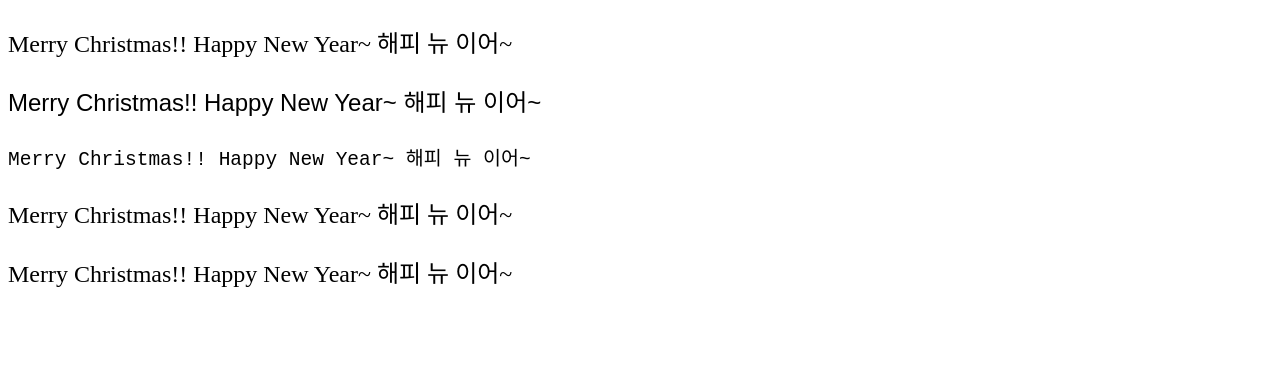
Repository: yul3220/WebProgrammingLecture
Page: webpro/WebContent/2021-01-11/폰트.html
An editor plug-in stored every save of this project. The page is shown before and after the next save, followed by the edit.
The browser window is 1280 px wide. The pictures show the whole page.
Some web fonts or font styles are not loaded; a fallback is used.

Above is the page before, as saved 2021-01-11 00:26:31.

After the next save:
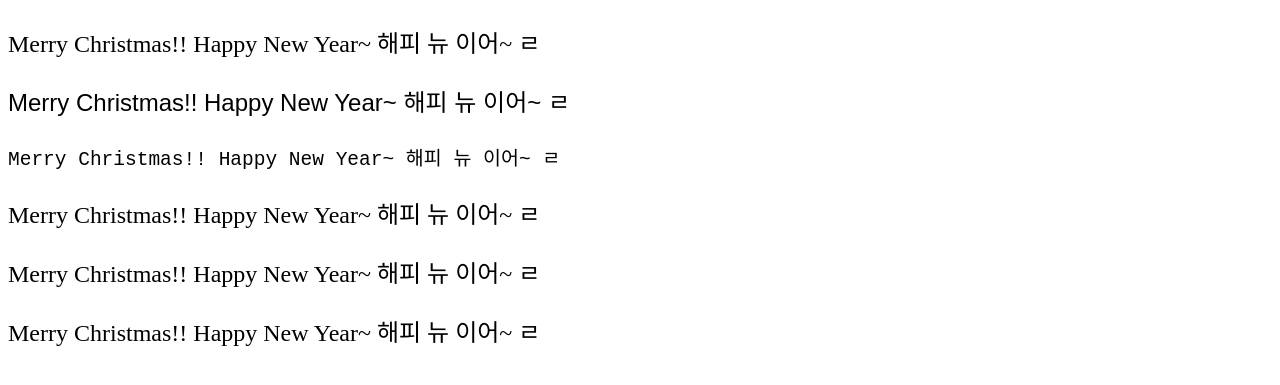
Saved 5 min 6 s later.
--- a/webpro/WebContent/2021-01-11/폰트.html
+++ b/webpro/WebContent/2021-01-11/폰트.html
@@ -3,6 +3,9 @@
 <head>
 <meta charset="UTF-8">
 <title>Insert title here</title>
+<link rel="preconnect" href="https://fonts.gstatic.com">
+<link href="https://fonts.googleapis.com/css2?family=Hachi+Maru+Pop&display=swap"
+rel="stylesheet">
 <style>
 p{
 	font-size : 1.5em;
@@ -22,15 +25,19 @@ p{
 #p5{
 	font : 돋움체;
 }
+#p6{
+	font-family: 'Hachi Maru Pop', cursive;
+}
 </style>
 </head>
 <body>
-<p id="p1"> Merry Christmas!! Happy New Year~ 해피 뉴 이어~</p>
-<p id="p2"> Merry Christmas!! Happy New Year~ 해피 뉴 이어~</p>
+<p id="p1"> Merry Christmas!! Happy New Year~ 해피 뉴 이어~ ㄹ</p>
+<p id="p2"> Merry Christmas!! Happy New Year~ 해피 뉴 이어~ ㄹ</p>
 
-<p id="p3"> Merry Christmas!! Happy New Year~ 해피 뉴 이어~</p>
-<p id="p4"> Merry Christmas!! Happy New Year~ 해피 뉴 이어~</p>
-<p id="p5"> Merry Christmas!! Happy New Year~ 해피 뉴 이어~</p>
+<p id="p3"> Merry Christmas!! Happy New Year~ 해피 뉴 이어~ ㄹ</p>
+<p id="p4"> Merry Christmas!! Happy New Year~ 해피 뉴 이어~ ㄹ</p>
+<p id="p5"> Merry Christmas!! Happy New Year~ 해피 뉴 이어~ ㄹ</p>
+<p id="p6"> Merry Christmas!! Happy New Year~ 해피 뉴 이어~ ㄹ</p>
 
 </body>
 </html>
